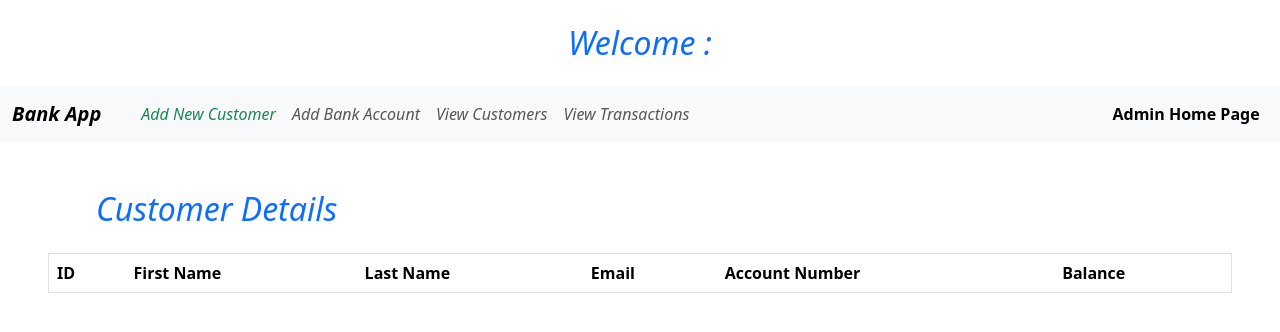
Repository: Niket-mishra/Dummy
Page: http://localhost/demo/user-list.jsp
These files come from the project's save history. The page is drawn as it stood at one moment and after the next save; the edit follows.
The browser window is 1280 px wide. The pictures show the whole page.
After loading, the first visible `a[onclick="showDiv3()"]` was clicked once.
The page is served by Tomcat 10. Nobody is signed in. The application's start-up code is not run. Other server files are loaded and not shown. The template is opened directly, without the code that normally fills it, so the values that code supplies are empty.

Above is the page before, as saved 2024-05-12 10:15:34.
Console error: ReferenceError: divElement2 is not defined

### demo/src/main/webapp/user-list.jsp
<%@ page language="java" contentType="text/html; charset=UTF-8"
 pageEncoding="UTF-8"%>
    <%@ taglib uri="http://java.sun.com/jsp/jstl/core" prefix="c"%>
        <html>

        <head>
            <title>Admin Home</title>
<link href="https://cdn.jsdelivr.net/npm/bootstrap@5.3.3/dist/css/bootstrap.min.css" rel="stylesheet">
<style>
#myDiv2 {
            display: none;
            margin-top: 10px;
            cursor: pointer;
       		 }
	#myDiv3 {
            display: none;
            margin-top: 10px;
            cursor: pointer;
       		 }
</style>
        </head>

        <body>
<h2 class ="mb-4 mt-4 fst-italic text-primary text-center">Welcome : ${fname}</h2>
<nav class="navbar navbar-expand-lg bg-body-tertiary mb-5">
  <div class="container-fluid">
    <a class="navbar-brand" href="/"><b><i>Bank App</i></b></a>
    <button class="navbar-toggler" type="button" data-bs-toggle="collapse" data-bs-target="#navbarText" aria-controls="navbarText" aria-expanded="false" aria-label="Toggle navigation">
      <span class="navbar-toggler-icon"></span>
    </button>
    <div class="collapse navbar-collapse ms-3" id="navbarText">
      <ul class="navbar-nav me-auto mb-2 mb-lg-0">
        <li class="nav-item">
          <a href="<%=request.getContextPath()%>/new" class="nav-link active fst-italic align-bottom d-flex justify-content-end link-success link-offset-2 link-underline-opacity-25 link-underline-opacity-100-hover" id="myAnchor" onclick="showDiv()" >Add New Customer</a>
        </li>
        <li class="nav-item fst-italic align-bottom d-flex justify-content-end link-success link-offset-2 link-underline-opacity-25 link-underline-opacity-100-hover">
          <a class="nav-link" href="#" onclick="hideDiv()">Add Bank Account</a>
        </li>
        <li class="nav-item fst-italic align-bottom d-flex justify-content-end link-success link-offset-2 link-underline-opacity-25 link-underline-opacity-100-hover">
          <a class="nav-link" onclick="showDiv2()">View Customers</a>
        </li>
        <li class="nav-item fst-italic align-bottom d-flex justify-content-end link-success link-offset-2 link-underline-opacity-25 link-underline-opacity-100-hover">
          <a class="nav-link" onclick="showDiv3()">View Transactions</a>
        </li>
      </ul>
      <span class="navbar-text">
        <b> <a href ="AdminHomePage.jsp" class="text-decoration-none">Admin Home Page</a> &nbsp;</b>
      </span>
    </div>
  </div>
</nav>

<div id="myDiv2">
<div class = " me-5 pe-5">

<h2 class ="mb-4 fst-italic text-primary ms-5 ps-5">Customer Details</h2>
                    <table border="1" class="table table-hover ms-5 me-5 ps-5 pe-5 mb-4">
                        <thead>
                            <tr>
                                <th>ID</th>
                                <th>First Name</th>
                                <th>Last Name</th>
                                <th>Email</th>
                                <th>Account Number</th>
                                <th>Balance</th>

                            </tr>
                        </thead>
                        <tbody>
                            <c:forEach var="user" items="${listUser}">
                                <tr>
                                    <td>
                                        <c:out value="${user.id}" />
                                    </td>
                                    <td>
                                        <c:out value="${user.fname}" />
                                    </td>
                                    <td>
                                        <c:out value="${user.lname}" />
                                    </td>
                                    <td>
                                        <c:out value="${user.email}" />
                                    </td>
                                    <td>
                                        <c:out value="${user.accounts.accNo}" />
                                    </td>
                                    <td>
                                        <c:out value="${user.accounts.balance}" />
                                    </td>
                                </tr>
                            </c:forEach>
                            <!-- } -->
                        </tbody>
					</table>
           </div>
           </div>


           <div>
           <div id = "myDiv3">
           <div class = " me-5 pe-5">

<h2 class ="mb-4 fst-italic text-primary ms-5 ps-5">Transaction Details</h2>
                    <table border="1" class="table table-hover ms-5 me-5 ps-5 pe-5 mb-4">
                        <thead>
                            <tr>
                                <th>Transaction ID</th>
                                <th>Sender A/c</th>
                                <th>Receiver A/c</th>
                                <th>Amount</th>
                                <th>Date</th>
                                <th>Type</th>

                            </tr>
                        </thead>
                        <tbody>
                            <c:forEach var="transactions" items="${listTransaction}">
                                <tr>
                                    <td>
                                        <c:out value="${transactions.transactionId}" />
                                    </td>
                                    <td>
                                        <c:out value="${transactions.senderAcNo}" />
                                    </td>
                                    <td>
                                        <c:out value="${transactions.recieverAcNo}" />
                                    </td>
                                    <td>
                                        <c:out value="${transactions.amount}" />
                                    </td>
                                    <td>
                                        <c:out value="${transactions.date}" />
                                    </td>
                                    <td>
                                        <c:out value="TRANSFER" />
                                    </td>
                                </tr>
                            </c:forEach>

                        </tbody>
					</table>
           </div>

           </div>

           </div>

             <script>
           function showDiv2() {

               var divElement2 = document.getElementById("myDiv2");

               if(divElement2.style.display="none"){
            	   divElement2.style.display="inline";
            	   divElement3.style.display="none";
               }
           }
			 function showDiv3() {

               var divElement3 = document.getElementById("myDiv2");

               if(divElement3.style.display="none"){
            	   divElement3.style.display="inline";
            	   divElement2.style.display="none";
               }
           }
          </script>






        </body>

        </html>

After the next save:
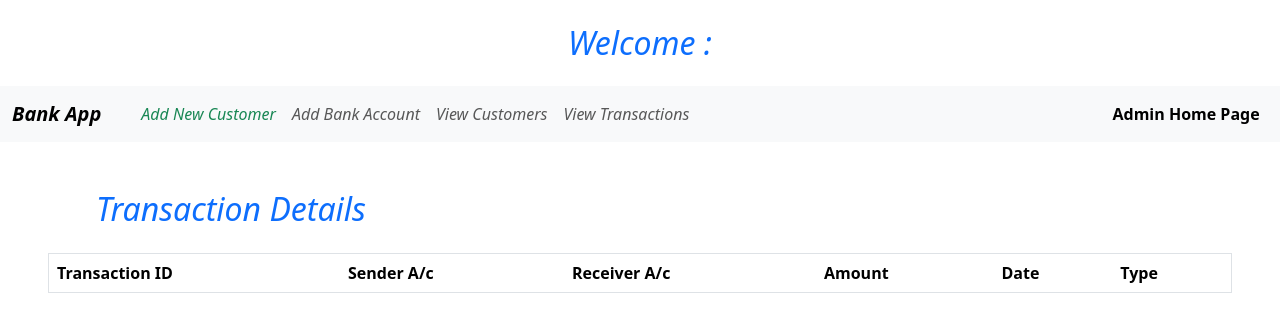
Saved 32 s later.
--- a/demo/src/main/webapp/user-list.jsp
+++ b/demo/src/main/webapp/user-list.jsp
@@ -157,7 +157,7 @@
            }
 			 function showDiv3() {
 
-               var divElement3 = document.getElementById("myDiv2");
+               var divElement3 = document.getElementById("myDiv3");
 
                if(divElement3.style.display="none"){
             	   divElement3.style.display="inline";
